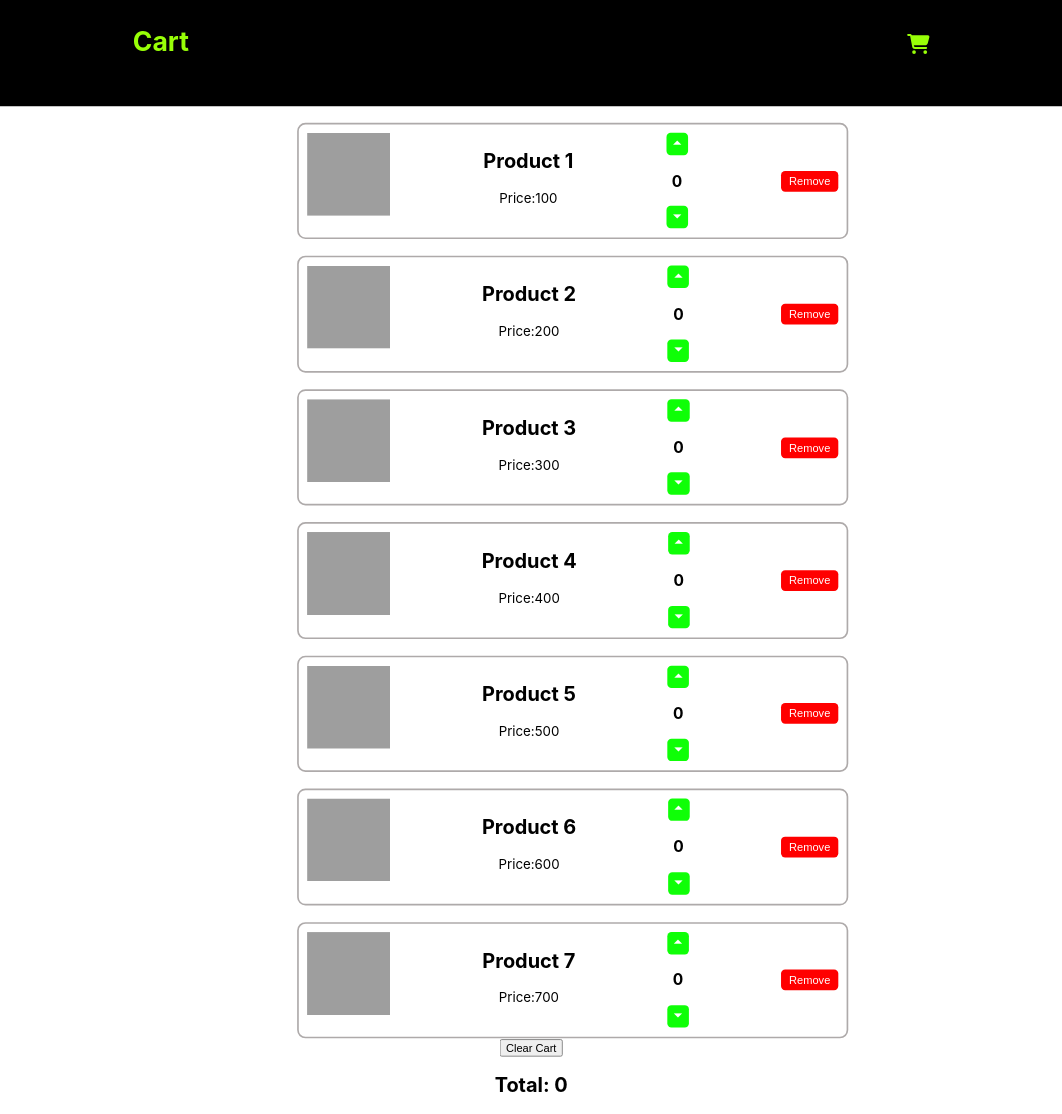
Repository: sriram1224/Cart-react-app
Page: /
The author's editor kept a copy of each file at every save. The page is drawn from the files as they stood at one save, then again after the next save.
The browser window is 1280 px wide. The pictures show the whole page, at 83% of full size.
Pictures or frames that could not be fetched are drawn as grey boxes. The project was rebuilt for these pictures with package versions that can differ from the ones it lists, and the page was loaded fresh each time.

Above is the page before, as saved 2024-03-12 22:27:45.

After the next save:
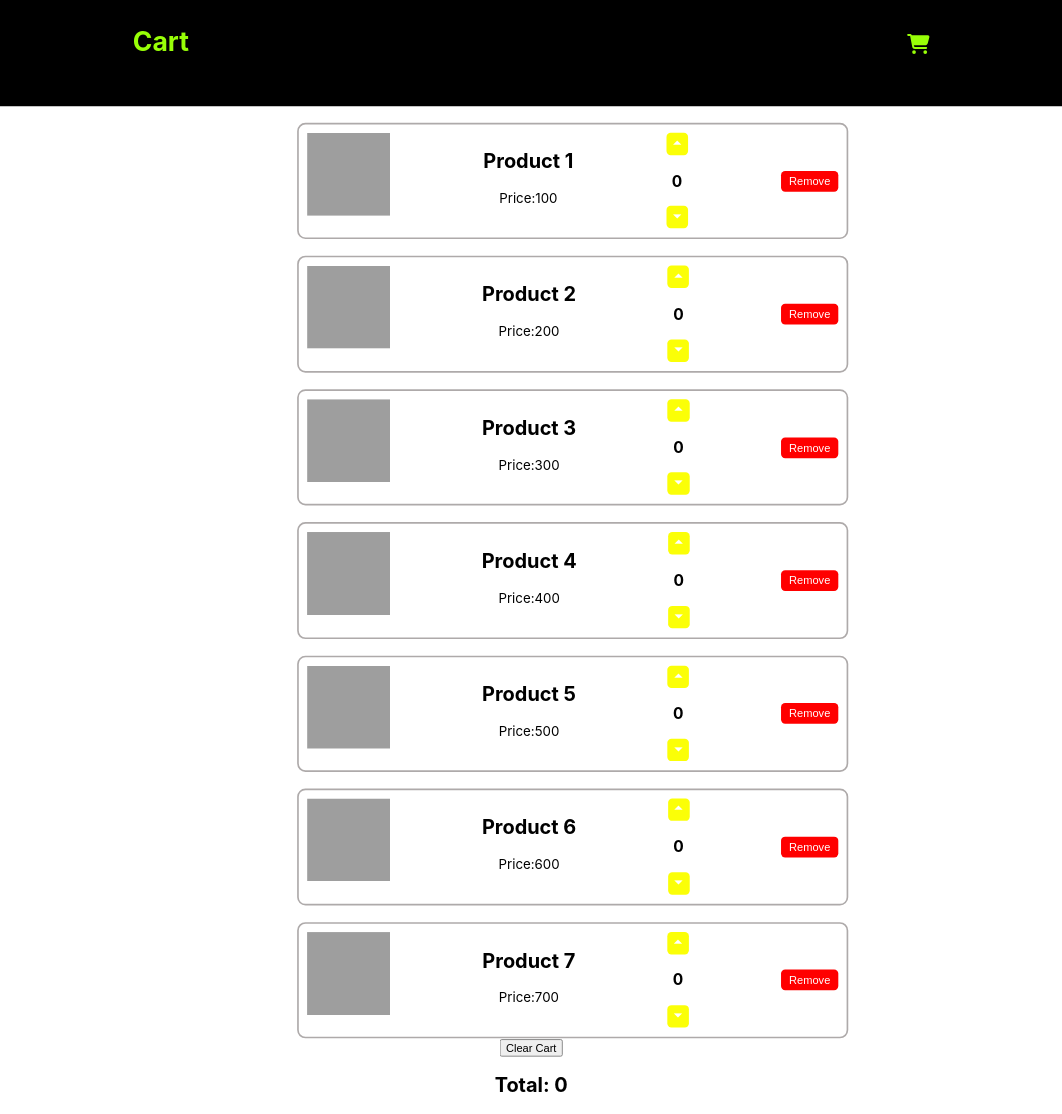
Saved 15 s later.
--- a/src/Components/cart.css
+++ b/src/Components/cart.css
@@ -35,7 +35,7 @@
 }
 
 .button-quantity button{
-   background-color: rgb(15, 255, 7);
+   background-color: rgb(251, 255, 7);
     border: none;
     padding: 0px 1px;
     border-radius: 5px;
